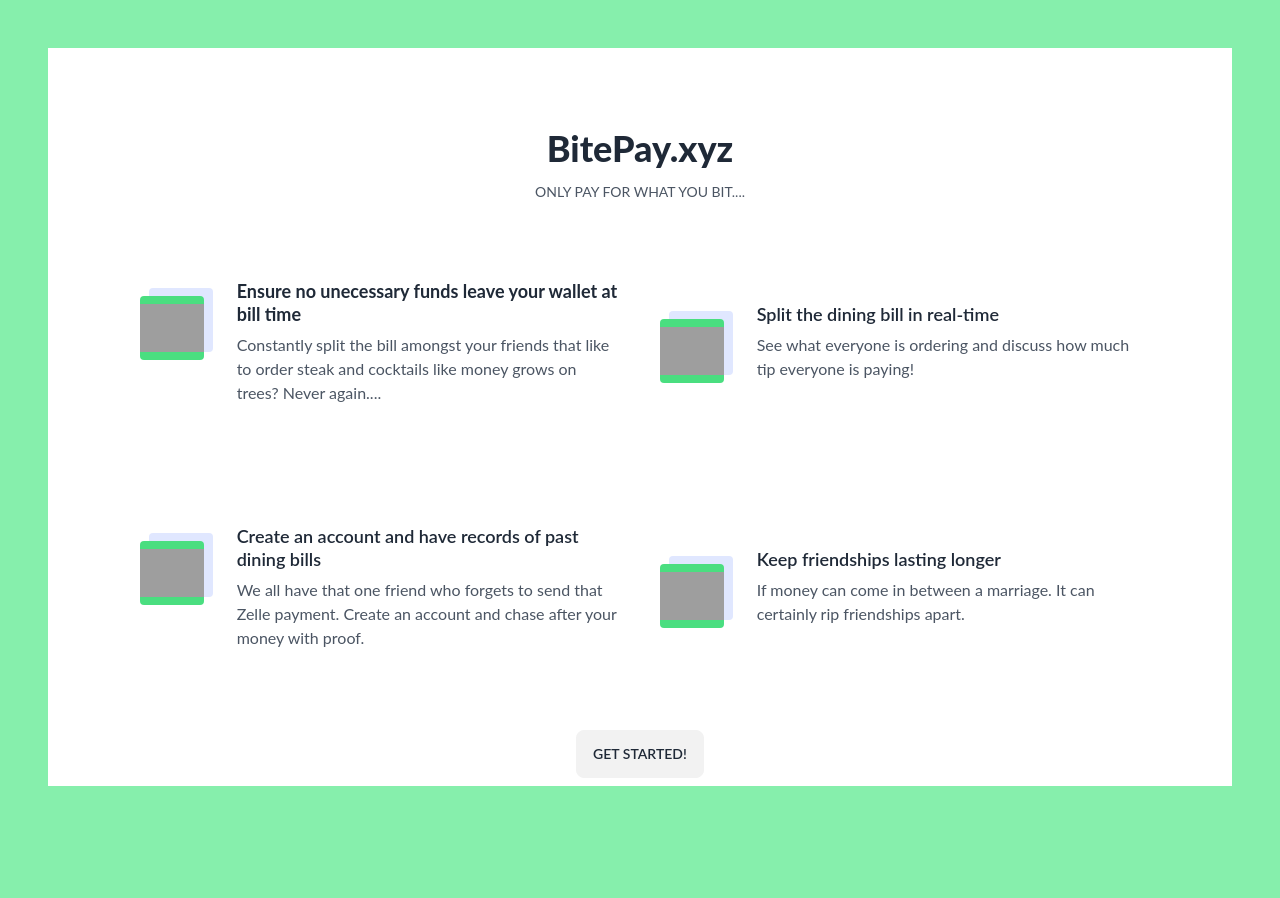
Repository: bitepay/bitepay-xyz
Page: /
These files come from the project's save history. The page is drawn as it stood at one moment and after a run of saves; the edit follows.
The browser window is 1280 px wide. The pictures show the whole page.
Pictures or frames that could not be fetched are drawn as grey boxes. The page's requests for data from a server got no answer. The project was rebuilt for these pictures with package versions that can differ from the ones it lists, and the page was loaded fresh each time. The framework's server and built-in components were replaced by stand-ins that run in the browser. No one was signed in, and anything a server would have sent is missing. Also part of the build but not shown: next.config.js.

Above is the page before, as saved 2023-06-22 07:41:19.

After the next 4 saves:
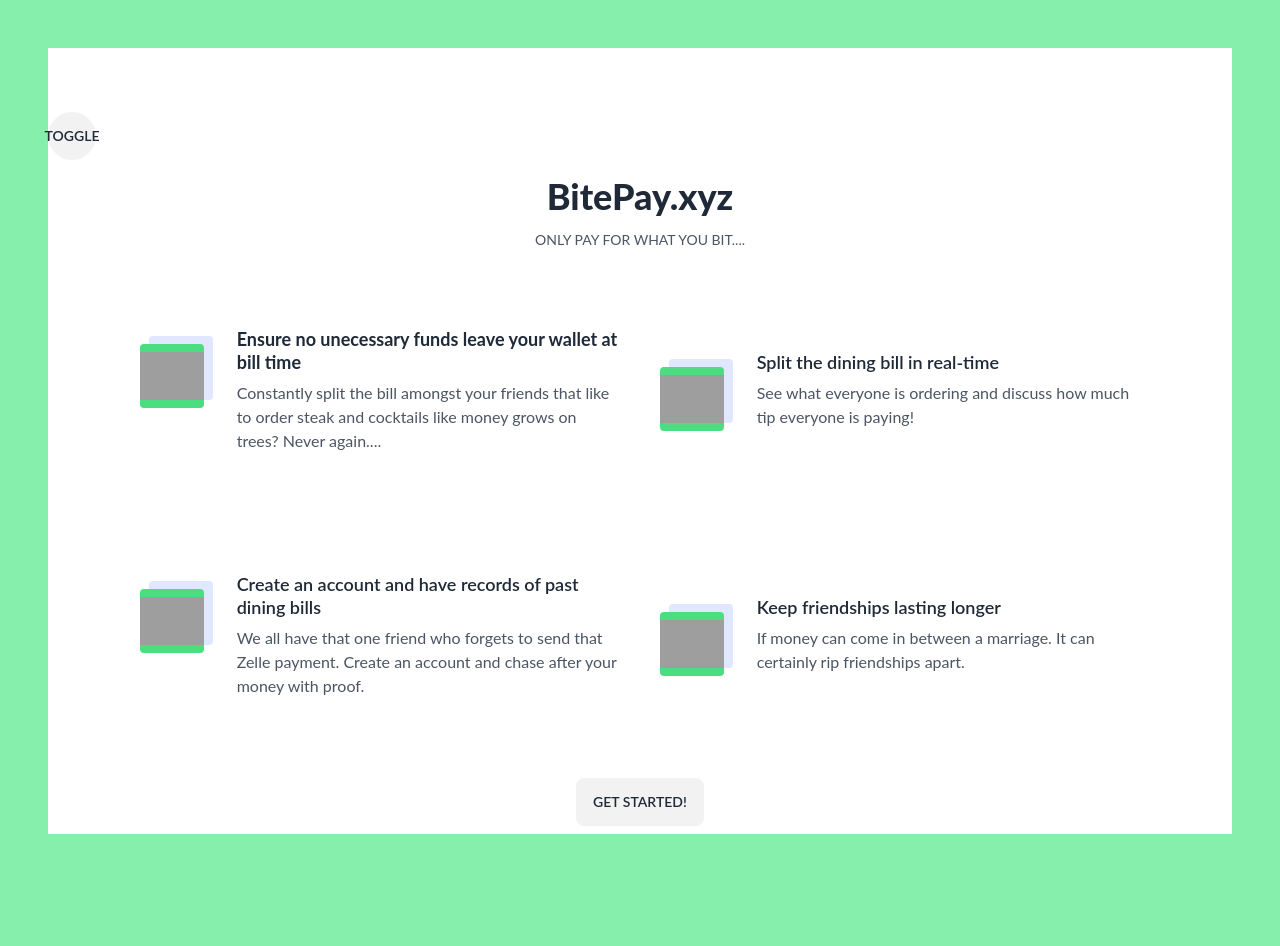
The 4 saves are shown as one change because 3 did not build or start.
The last was saved 107 s later.
--- a/src/pages/index.js
+++ b/src/pages/index.js
@@ -4,6 +4,7 @@ import Head from "next/head";
 import Link from "next/link";
 import { Inter } from 'next/font/google'
 import { JoinTableComponent } from '@/components/JoinTableComponent';
+import { ToggleTheme } from '@/components/ToggleTheme';
 
 const inter = Inter({ subsets: ['latin'] })
 
@@ -20,6 +21,7 @@ export default function Home() {
         <div className="pb-16" style={{ fontFamily: '"Lato", sans-serif' }}>
 
           <section className="max-w-8xl mx-auto container bg-white pt-16">
+            <ToggleTheme />
             <div>
               <div role="contentinfo" className="flex items-center flex-col px-4 justify-center">
                 <hh1 tabIndex={0} className="focus:outline-none text-4xl lg:text-4xl font-extrabold text-center leading-10 text-gray-800 lg:w-5/12 md:w-9/12 p-4">BitePay.xyz</hh1>
--- a/src/components/ToggleTheme.jsx
+++ b/src/components/ToggleTheme.jsx
@@ -1,6 +1,6 @@
 import React, { useEffect, useState } from "react";
 
-const SwitchTheme = () => {
+export const ToggleTheme = () => {
   //we store the theme in localStorage to preserve the state on next visit with an initial theme of dark.
   const [theme, setTheme] = useState("light");
 
@@ -22,5 +22,3 @@ const SwitchTheme = () => {
     </button>
   );
 };
-
-export default SwitchTheme;
